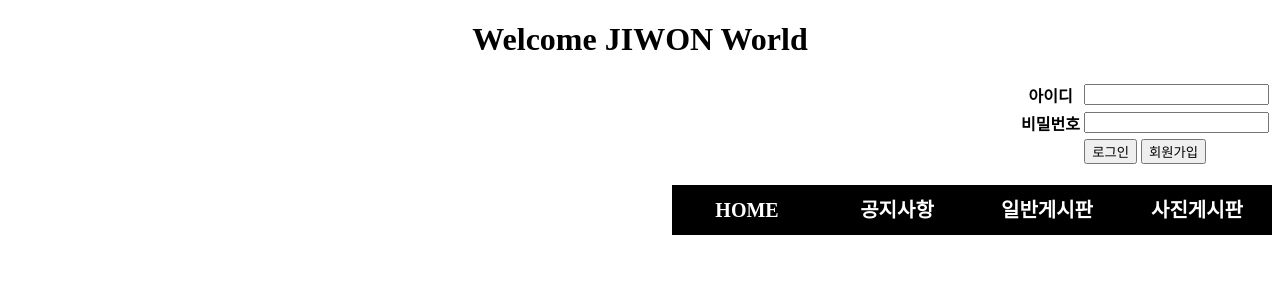
Repository: KoYeeHwan/JSP_Project
Page: http://localhost/jspProject/
The author's editor kept a copy of each file at every save. The page is drawn from the files as they stood at one save, then again after the next save.
The browser window is 1280 px wide. The pictures show the whole page.
The page is served by Tomcat 9.

Above is the page before, as saved 2023-10-13 08:34:06.

After the next save:
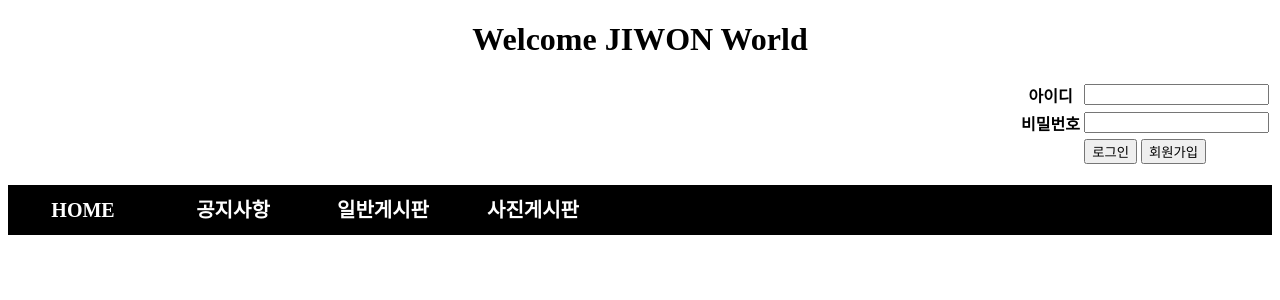
Saved 52 s later.
--- a/jspProject/src/main/webapp/views/common/menubar.jsp
+++ b/jspProject/src/main/webapp/views/common/menubar.jsp
@@ -72,8 +72,9 @@
                 <a href="">로그아웃</a>
             </div>
         </div>
+      <% } %>
     </div>
-	<% } %>
+
     <br clear="both">
     <br>
 
